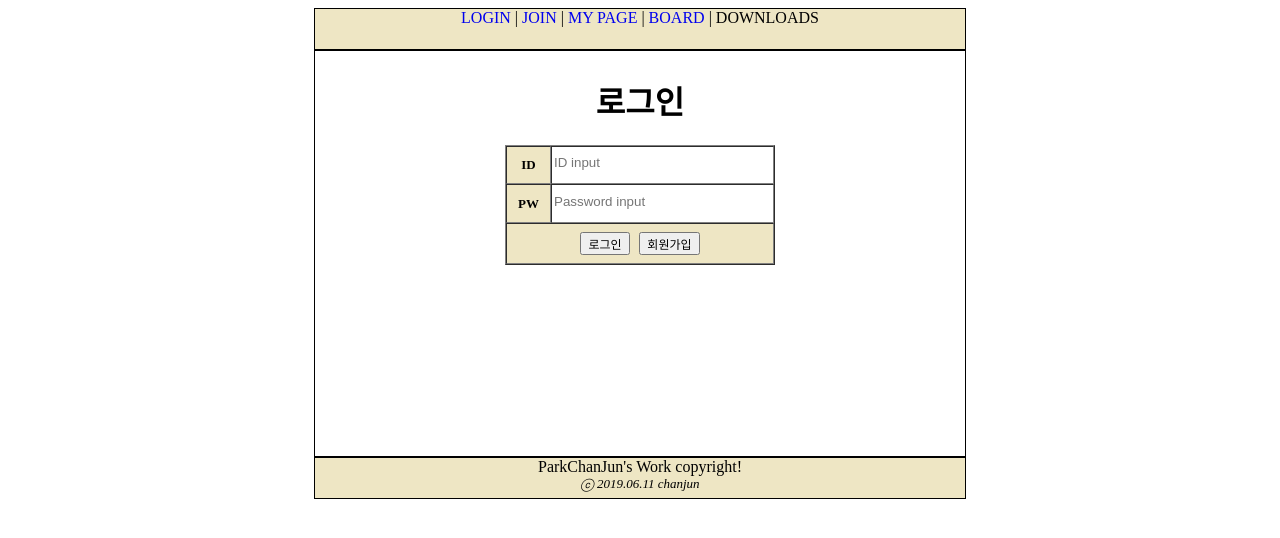
Repository: slolee/Spring-Board
Page: http://localhost/spring_project/WEB-INF/views/member/loginView.jsp
An editor plug-in stored every save of this project. The page is shown before and after the next save, followed by the edit.
The browser window is 1280 px wide. The pictures show the whole page.
The page is served by Tomcat 9. Nobody is signed in. Other server files are loaded and not shown. The template is opened directly, without the code that normally fills it, so the values that code supplies are empty.

Above is the page before, as saved 2019-06-17 02:40:13.

### spring_project/src/main/webapp/WEB-INF/views/member/loginView.jsp
<%@ page language="java" contentType="text/html; charset=UTF-8"
    pageEncoding="UTF-8"%>
<jsp:include page="../layout/header.jsp">
	<jsp:param name="title" value="Login Page!"/>
</jsp:include>

	<!-- 로그인 창 -->
	<h1> 로그인 </h1>
	<form action="loginLogic.do" method="post">
		<table border=1 cellpadding="2" cellspacing="0" align="center" width="270px" height="120px">
			<tr>
				<th width="45px">ID</th>
				<td>
					<input type="text" name="id" placeholder="ID input" maxlength="15" size="25" required>
				</td>
			</tr>
			<tr>
				<th width="45px">PW</th>
				<td>
					<input type="password" name="pw" placeholder="Password input" maxlength="20" size="25" required>
				</td>
			</tr>
			<tr>
				<th colspan="2" align="center" height="35px">
					<input type="submit" value="로그인"> &nbsp;
					<input type="button" value="회원가입" onclick="location.href='joinView.do'">
				</th>
			</tr>

		</table>

	</form>
<%@ include file = "../layout/footer.jsp" %>

### spring_project/src/main/webapp/WEB-INF/views/layout/footer.jsp
<%@ page language="java" contentType="text/html; charset=UTF-8"
    pageEncoding="UTF-8"%>
		</div>
		<div id="footer" align="center">
			ParkChanJun's Work copyright! <br>
			<i><font size="2">ⓒ 2019.06.11 chanjun</font></i>
		</div>
	</div>
</body>
</html>

### spring_project/src/main/webapp/WEB-INF/views/layout/header.jsp
<%@ page language="java" contentType="text/html; charset=UTF-8"
    pageEncoding="UTF-8"%>
<%@ taglib prefix="c" uri="http://java.sun.com/jsp/jstl/core" %>
<%
	request.setCharacterEncoding("UTF-8");
	String title = request.getParameter("title");
	if(title == null)
		title = "My Homepage";
%>
<!DOCTYPE html PUBLIC "-//W3C//DTD HTML 4.01 Transitional//EN" "http://www.w3.org/TR/html4/loose.dtd">
<html>
<head>
	<meta http-equiv="Content-Type" content="text/html; charset=UTF-8">
	<title><%= title %></title>
	<style>
		#header, #footer{
			background-color: #EEE6C4;
			font-family: "HY울릉도M";
			border: 1px solid black;
			width: 650px;
			height: 40px;
		}
		#main{
			border: 1px solid black;
			width: 650px;
			min-height: 400px;
			padding-top: 5px;
		}
		a{
			text-decoration: none;
		}

		input[type=button], input[type=submit], input[type=reset]{
			font-size: 9pt;
		}

		input[type="text"], input[type="password"], textarea{
			border: 0px;
			padding: 0px 0px 5px 0px;
		}

		table{
			font-size: small;
		}

		th{
			background-color: #EEE6C4;
		}

		td{
			background-color: #FFFFFF;
		}

	</style>
</head>
<body>
	<div align="center">
		<div id="header" align="center">
			<c:choose>
				<c:when test="${ sessionScope.login_id == null }">
					<a href="loginView.do">LOGIN</a> |
					<a href="joinView.do">JOIN</a> |
				</c:when>
				<c:otherwise>
					${ sessionScope.login_nickname } |
					<a href="logoutLogic.do">LOGOUT</a> |
				</c:otherwise>
			</c:choose>

			<a href="mypageView.do">MY PAGE</a> |
			<a href="boardView.do">BOARD</a> |
			DOWNLOADS
		</div>
		<div id="main" align="center">

After the next save:
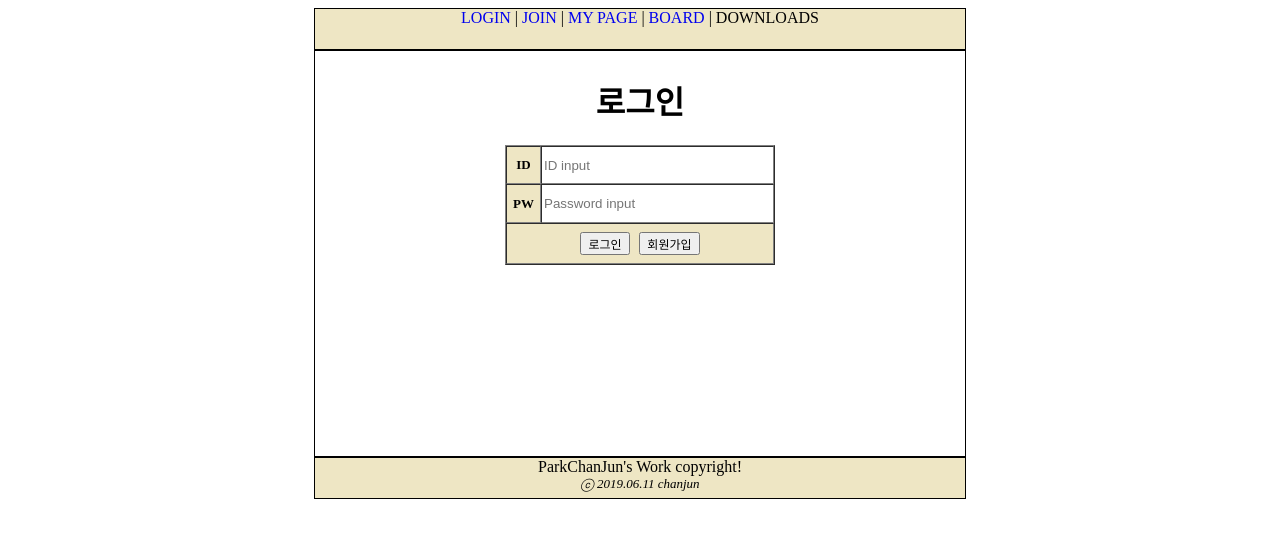
Saved 19 s later.
--- a/spring_project/src/main/webapp/WEB-INF/views/layout/header.jsp
+++ b/spring_project/src/main/webapp/WEB-INF/views/layout/header.jsp
@@ -36,7 +36,7 @@
 
 		input[type="text"], input[type="password"], textarea{
 			border: 0px;
-			padding: 0px 0px 5px 0px;
+			padding: 0px 10px 0px 0px;
 		}
 
 		table{
